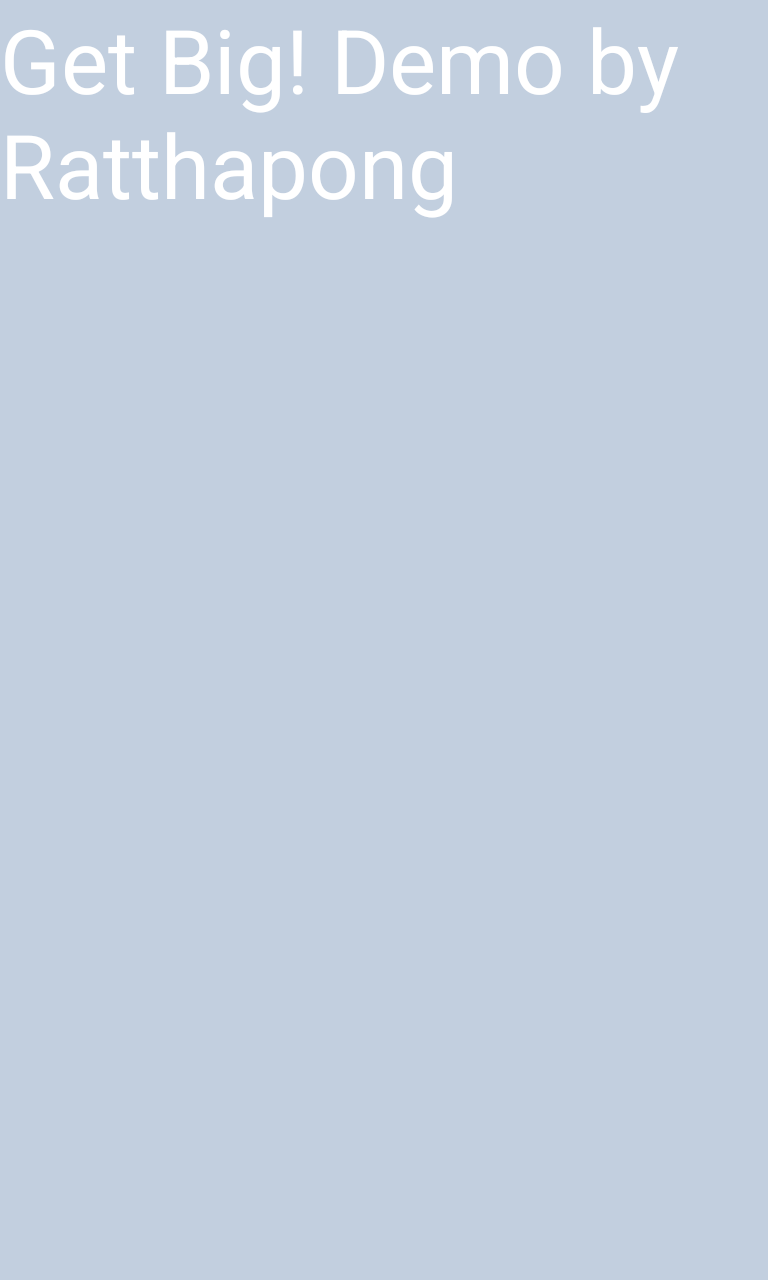
Repository: parinya1968/My-project
Layout: DroidWork/getBig/res/layout/main.xml
The author's editor kept a copy of each file at every save. The layout is drawn from the files as they stood at one save, then again after the next save.
It is drawn on a 768 x 1280 px phone screen (xhdpi) without system bars, with theme android:Theme.Holo; the app's code is not run.

Above is the layout before, as saved 2012-06-18 05:39:51.

### DroidWork/getBig/res/layout/main.xml
<?xml version="1.0" encoding="utf-8"?>
<LinearLayout xmlns:android="http://schemas.android.com/apk/res/android"
    android:layout_width="fill_parent"
    android:layout_height="fill_parent"
    android:orientation="vertical"
    android:background="#C2CFDF" >


    <TextView
        android:layout_width="fill_parent"
        android:layout_height="wrap_content"
        android:text="Get Big! Demo by Ratthapong"
        android:textSize="20pt"
        android:textColor="#FFFFFF"/>


</LinearLayout>

After the next save:
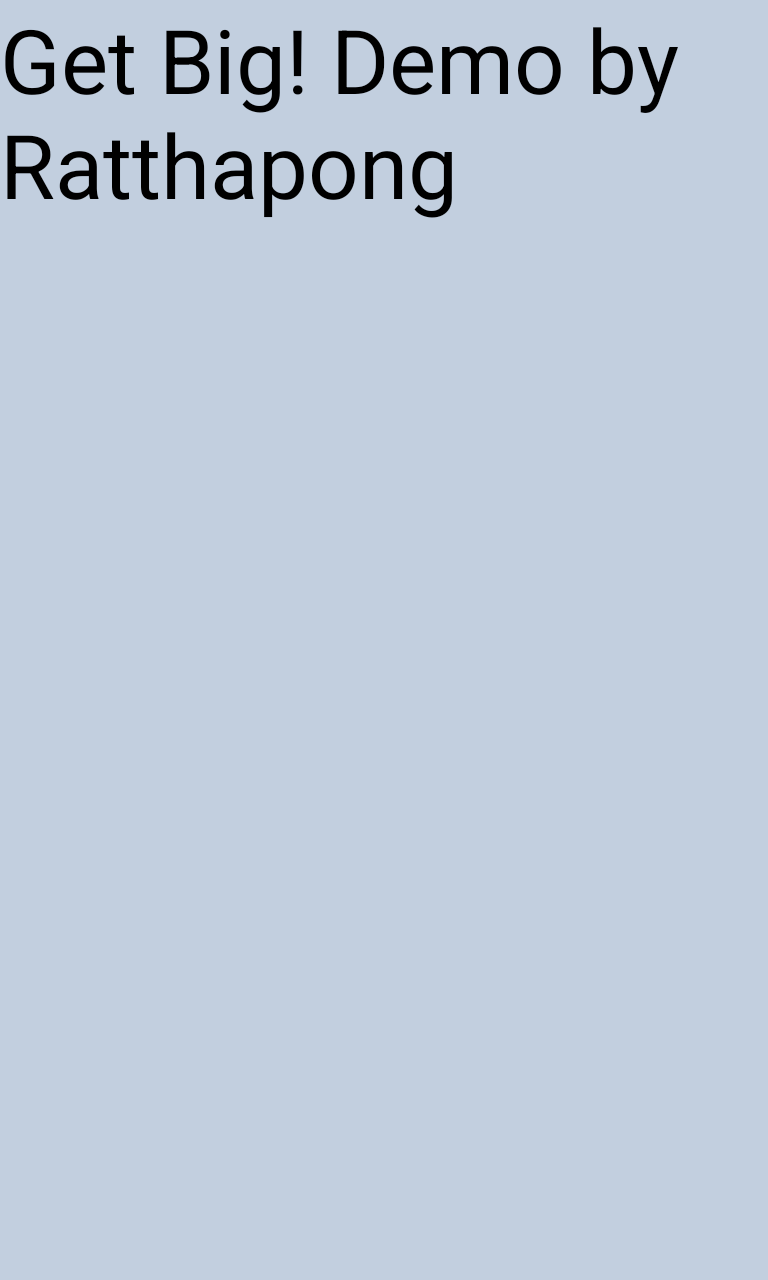
Saved 22 s later.
--- a/DroidWork/getBig/res/layout/main.xml
+++ b/DroidWork/getBig/res/layout/main.xml
@@ -11,7 +11,7 @@
         android:layout_height="wrap_content"
         android:text="Get Big! Demo by Ratthapong"
         android:textSize="20pt"
-        android:textColor="#FFFFFF"/>
+        android:textColor="#000000"/>
 
 
 </LinearLayout>
